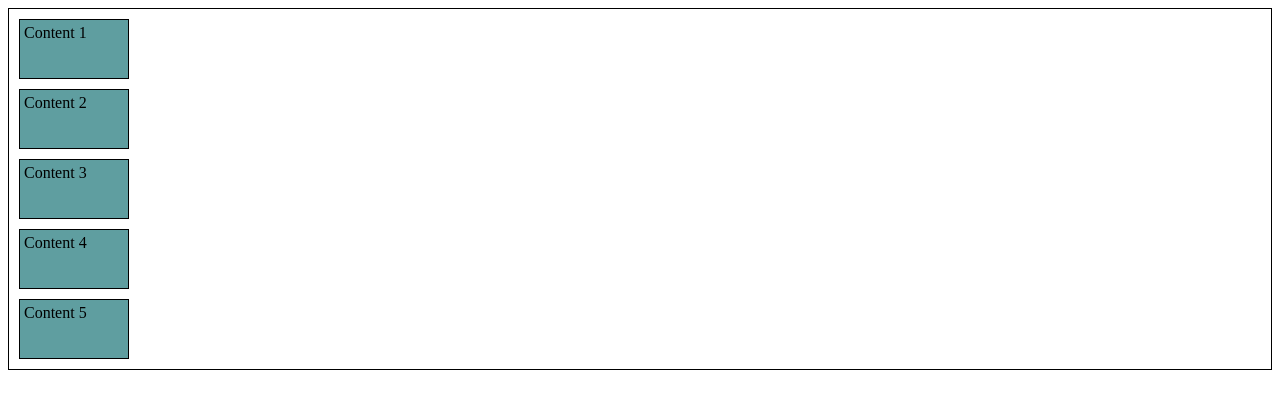
Repository: sammkrt/saltPrecourse
Page: css-trainingGround/cssPositioning.html
These files come from the project's save history. The page is drawn as it stood at one moment and after the next save; the edit follows.
The browser window is 1280 px wide. The pictures show the whole page.

Above is the page before, as saved 2022-12-22 10:50:12.

### css-trainingGround/cssPositioning.html
<!DOCTYPE html>
<html lang="en">
<head>
    <title>Css Positioning</title>
    <style>
        main {
            border: 1px solid black;
        }
        div {
            background-color: cadetblue;
            width: 100px;
            height: 50px;
            margin: 10px;
            padding: 4px;
            border: 1px solid black;
        }
        .relativePositioning {
            position: relative;
            top: 0px;
            left: 0px;
        }
    </style>
</head>
<body>
    <main>
        <div>Content 1</div>
        <div class="relativePositioning">Content 2</div>
        <div>Content 3</div>
        <div>Content 4</div>
        <div>Content 5</div>
    </main>
</body>
</html>

After the next save:
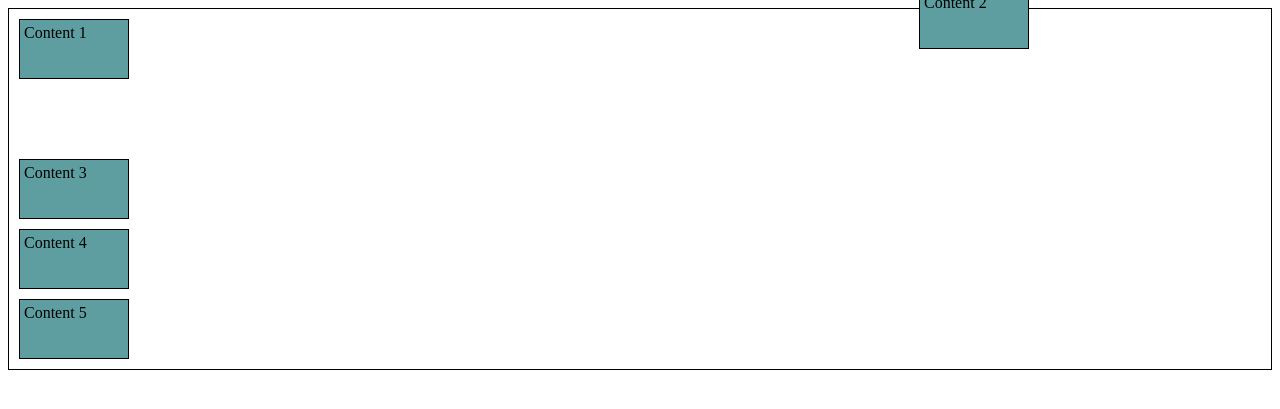
Saved 36 s later.
--- a/css-trainingGround/cssPositioning.html
+++ b/css-trainingGround/cssPositioning.html
@@ -16,8 +16,8 @@
         }
         .relativePositioning {
             position: relative;
-            top: 0px;
-            left: 0px;
+            top: -100px;
+            left: 900px;
         }
     </style>
 </head>
